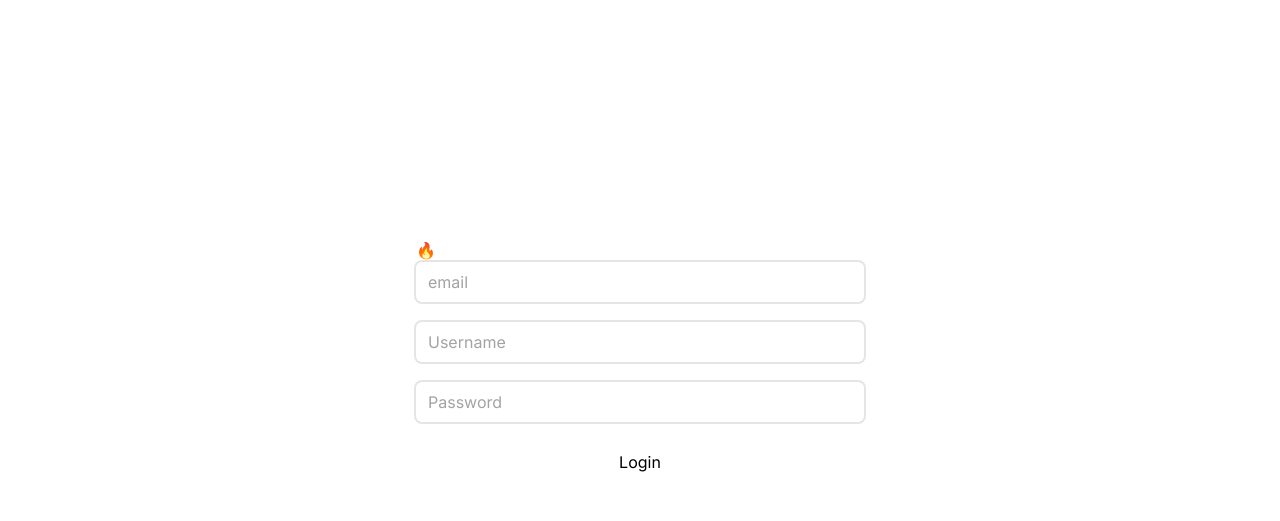
Repository: ParkSeokgyu/tweets
Page: /login
The author's editor kept a copy of each file at every save. The page is drawn from the files as they stood at one save, then again after the next save.
The browser window is 1280 px wide. The pictures show the whole page.
The project was rebuilt for these pictures with package versions that can differ from the ones it lists, and the page was loaded fresh each time. The framework's server and built-in components were replaced by stand-ins that run in the browser. Also part of the build but not shown: next.config.mjs.

Above is the page before, as saved 2024-08-14 11:07:11.

### app/layout.tsx
import type { Metadata } from "next";
import { Inter } from "next/font/google";
import "./globals.css";

const inter = Inter({ subsets: ["latin"] });

export const metadata: Metadata = {
  title: "Create Next App",
  description: "Generated by create next app",
};

export default function RootLayout({
  children,
}: Readonly<{
  children: React.ReactNode;
}>) {
  return (
    <html lang="ko">
      <body className={inter.className}>
        {children}
      </body>
    </html>
  );
}

### app/login/page.tsx
"use client"

import Button from "@/components/button"
import Input from "@/components/input"

export default function Login() {
  return (
    <div className="min-h-screen flex items-center justify-center flex-col gap-5">
      <div className="w-full max-w-md mx-auto">
        <div>
          <h1>🔥</h1>
        </div>
        <form action="" className="flex flex-col gap-5 w-full">
          <Input
            name="email"
            type="email"
            placeholder="email"
            required
            errors={[]}
          />
          <Input
            name="username"
            type="text"
            placeholder="Username"
            required
            errors={[]}
          />
          <Input
            name="password"
            type="password"
            placeholder="Password"
            required
            errors={[]}
          />

          <Button text="Login" />
        </form>
      </div>
    </div>
  )
}

### components/button.tsx
"use client"
import { useFormStatus } from "react-dom";

interface ButtonProps {
  text: string;
}

export default function Button({ text }: ButtonProps) {

  const { pending } = useFormStatus(); //

  return (
    <button
      disabled={pending}
      className="primary-btn h-10 disabled:bg-neutral-400  disabled:text-neutral-300 disabled:cursor-not-allowed"
    >

      {pending ? "로딩 중..." : text}

    </button>
  );
}

### components/input.tsx
interface InputProps {
  type: string;
  placeholder: string;
  required: boolean;
  errors?: string[];
  name: string;
}

export default function Input({type, placeholder, required, errors=[], name}: InputProps) {
  return (
    <div className="flex flex-col gap-2">
      <input
        className="
          bg-transparent rounded-md w-full h-10 focus:outline-none ring-2 focus:ring-4 transition ring-neutral-200 focus:ring-orange-500 border-none placeholder:text-neutral-400 px-3"
        name={name}
        type={type}
        placeholder={placeholder}
        required={required}
      />

      {errors?.map((error, index) => (
        <span key={index} className="text-red-500 font-medium">
          {error}
        </span>
      ))}
    </div>
  )
}

Loaded but not shown: app/globals.css (common file); tailwind.config.ts (common file)

After the next save:
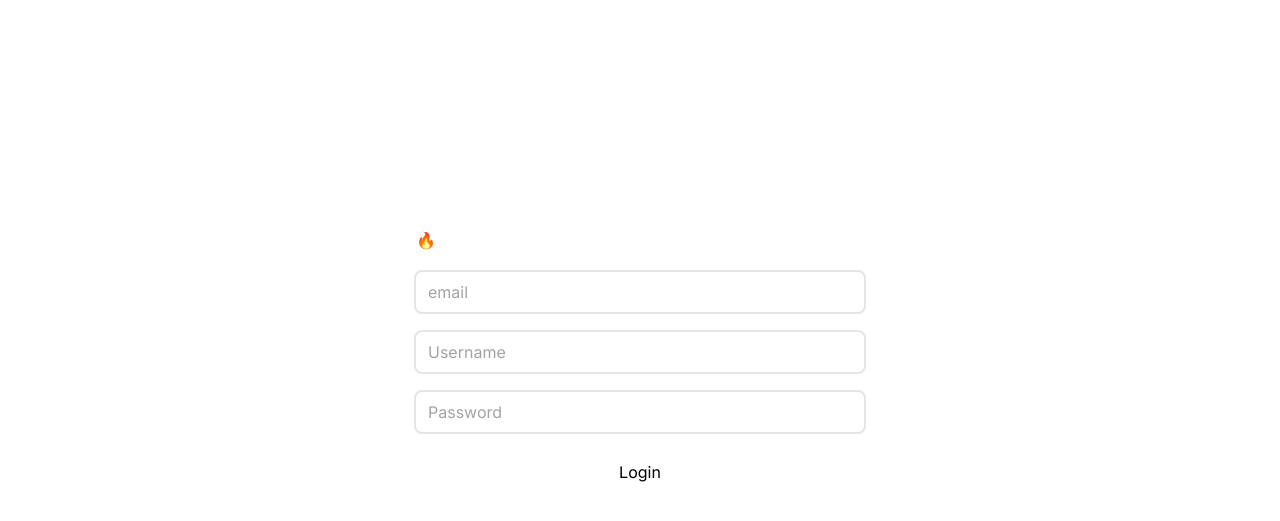
Saved 24 s later.
--- a/app/login/page.tsx
+++ b/app/login/page.tsx
@@ -6,7 +6,7 @@ import Input from "@/components/input"
 export default function Login() {
   return (
     <div className="min-h-screen flex items-center justify-center flex-col gap-5">
-      <div className="w-full max-w-md mx-auto">
+      <div className="w-full max-w-md mx-auto flex flex-col gap-5">
         <div>
           <h1>🔥</h1>
         </div>
